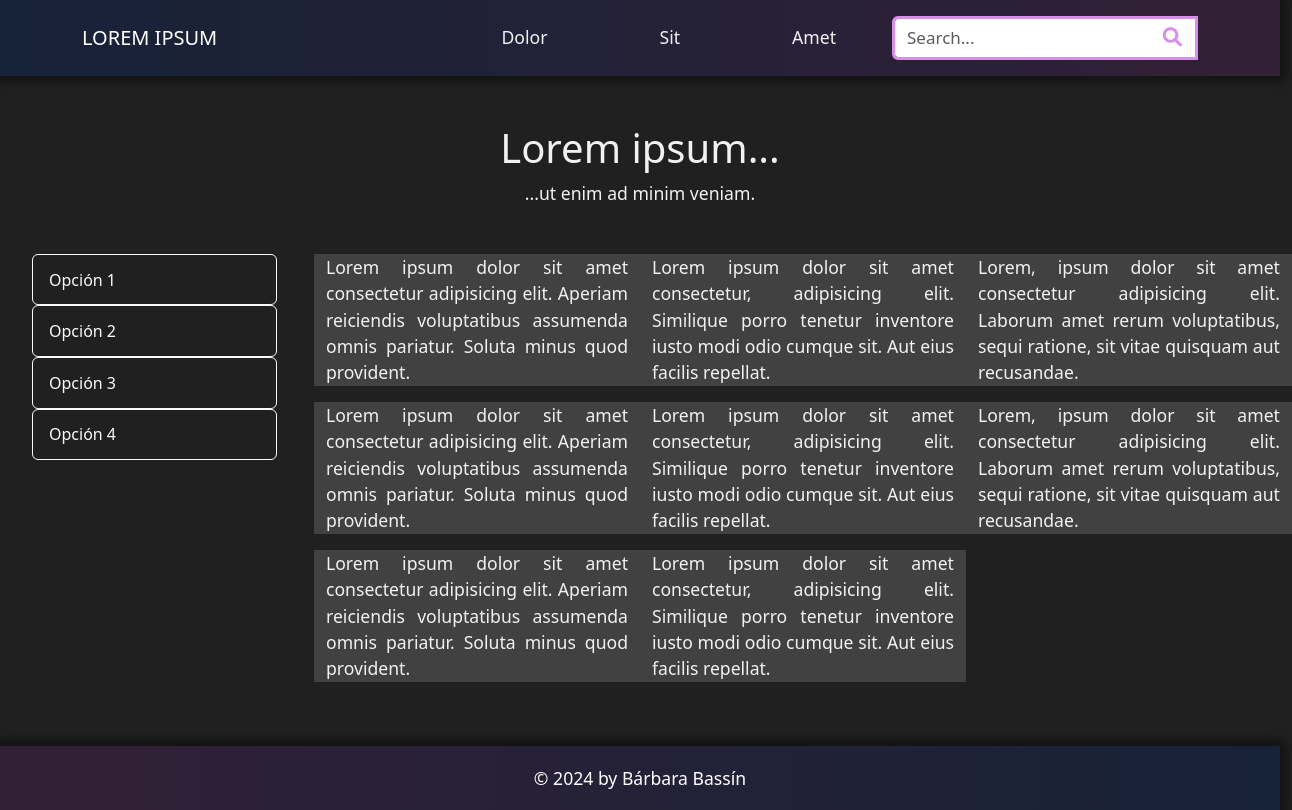
Repository: romancegirl/responsiveness
Page: index.html
These files come from the project's save history. The page is drawn as it stood at one moment and after the next save; the edit follows.
The browser window is 1280 px wide. The page is 1292 px wide, then 1280 px, so the pictures cover 1292 px, including what lies to the right of the window. The pictures show the whole page.

Above is the page before, as saved 2024-11-29 21:33:32.

### index.html
<!DOCTYPE html>
<html lang="en">

<head>
    <meta charset="UTF-8">
    <meta name="viewport" content="width=device-width, initial-scale=1.0">
    <title>Responsiveness - Bárbara Bassín</title>
    <link href="https://cdn.jsdelivr.net/npm/bootstrap@5.3.0/dist/css/bootstrap.min.css" rel="stylesheet">
    <link rel="stylesheet" href="https://cdnjs.cloudflare.com/ajax/libs/font-awesome/6.0.0-beta3/css/all.min.css">
    <link rel="stylesheet" href="css/header-and-footer.css">
    <link rel="stylesheet" href="css/styles.css">
</head>

<body>
    <!-- Header -->
    <header class="py-2">
        <div class="container d-flex align-items-center justify-content-between" id="profile">
            <h5 class="m-0">LOREM IPSUM</h5>
            <nav class="navbar navbar-expand-lg">
                <button class="navbar-toggler" type="button" data-bs-toggle="collapse" data-bs-target="#navbarNav"
                    aria-controls="navbarNav" aria-expanded="false" aria-label="Toggle navigation">
                    <i class="fas fa-bars"></i>
                </button>
                <div class="collapse navbar-collapse" id="navbarNav">
                    <ul class="navbar-nav">
                        <li class="nav-item"><a class="nav-link">Dolor</a></li>
                        <li class="nav-item"><a class="nav-link">Sit</a></li>
                        <li class="nav-item"><a class="nav-link">Amet</a></li>
                        <li class="nav-item dropdown d-lg-none">
                            <a class="nav-link dropdown-toggle" href="#" id="dropdownMenuButton" role="button"
                                data-bs-toggle="dropdown" aria-expanded="false">
                                Opciones
                            </a>
                            <ul class="dropdown-menu" aria-labelledby="dropdownMenuButton">
                                <li><button type="button" class="dropdown-item">Opción 1</button></li>
                                <li><button type="button" class="dropdown-item">Opción 2</button></li>
                                <li><button type="button" class="dropdown-item">Opción 3</button></li>
                                <li><button type="button" class="dropdown-item">Opción 4</button></li>
                            </ul>
                        </li>
                        <li>
                            <div class="search-container">
                                <form action="/action_page.php">
                                    <div class="input-group">
                                        <input type="text" class="form-control" placeholder="Search..." name="search">
                                        <button type="submit" class="btn">
                                            <i class="fa fa-search"></i>
                                        </button>
                                    </div>
                                </form>
                            </div>
                        </li>
                    </ul>
                </div>
            </nav>
        </div>
    </header>



    <!-- Main -->
    <main class="containerMain my-5">
        <div>
            <h1>Lorem ipsum...</h1>
            <div id="textCarousel" class="carousel slide" data-bs-ride="carousel" data-bs-interval="2000">
                <div class="carousel-inner">
                    <div class="carousel-item active">
                        <p>...olor sit amet, consectetur adipiscing elit...</p>
                    </div>
                    <div class="carousel-item">
                        <p>...sed do eiusmod tempor incididunt ut labore...</p>
                    </div>
                    <div class="carousel-item">
                        <p>...ut enim ad minim veniam.</p>
                    </div>
                </div>
            </div>
        </div>


        <div class="containerMain inside">
            <div class="row">
                <div class="col-lg-3 d-none d-lg-block" id="options">
                    <ul>
                        <li><button type="button" class="btn btn-outline-light">Opción 1</button></li>
                        <li><button type="button" class="btn btn-outline-light">Opción 2</button></li>
                        <li><button type="button" class="btn btn-outline-light">Opción 3</button></li>
                        <li><button type="button" class="btn btn-outline-light">Opción 4</button></li>
                    </ul>
                </div>
                <div class="col-lg-9 col-md-12" id="paragraphs">
                    <div class="row">
                        <div class="col-6 col-md-4 paragraph">Lorem ipsum dolor sit amet consectetur adipisicing elit.
                            Aperiam reiciendis voluptatibus assumenda omnis pariatur. Soluta minus quod provident.
                        </div>
                        <div class="col-6 col-md-4 paragraph">Lorem ipsum dolor sit amet consectetur, adipisicing elit.
                            Similique porro
                            tenetur inventore iusto modi odio cumque sit. Aut eius facilis repellat.</div>
                        <div class="col-6 col-md-4 paragraph">Lorem, ipsum dolor sit amet consectetur adipisicing elit.
                            Laborum
                            amet rerum
                            voluptatibus, sequi ratione, sit vitae quisquam aut recusandae.</div>
                        <div class="col-6 col-md-4 paragraph">Lorem ipsum dolor sit amet consectetur adipisicing elit.
                            Aperiam
                            reiciendis
                            voluptatibus assumenda omnis pariatur. Soluta minus quod provident.</div>
                        <div class="col-6 col-md-4 paragraph">Lorem ipsum dolor sit amet consectetur, adipisicing elit.
                            Similique porro
                            tenetur inventore iusto modi odio cumque sit. Aut eius facilis repellat.</div>
                        <div class="col-6 col-md-4 paragraph">Lorem, ipsum dolor sit amet consectetur adipisicing elit.
                            Laborum
                            amet rerum
                            voluptatibus, sequi ratione, sit vitae quisquam aut recusandae.</div>
                        <div class="col-6 col-md-4 paragraph">Lorem ipsum dolor sit amet consectetur adipisicing elit.
                            Aperiam
                            reiciendis
                            voluptatibus assumenda omnis pariatur. Soluta minus quod provident.</div>
                        <div class="col-6 col-md-4 paragraph">Lorem ipsum dolor sit amet consectetur, adipisicing elit.
                            Similique porro
                            tenetur inventore iusto modi odio cumque sit. Aut eius facilis repellat.</div>
                    </div>
                </div>
            </div>
        </div>
    </main>

    <!-- Footer -->
    <footer class="bg-dark text-center py-2">
        <div>&copy; 2024 by Bárbara Bassín</div>
    </footer>
    <script src="js/script.js"></script>
    <script src="https://cdn.jsdelivr.net/npm/bootstrap@5.3.0/dist/js/bootstrap.bundle.min.js"></script>
</body>

</html>

### css/header-and-footer.css
header {
    background: linear-gradient(to right, #162238, #322036);
    color: #fff;
    position: relative;
    box-shadow: 0 0 10px 5px rgba(0, 0, 0, 0.5);
}

main {
    min-height: 70vh;
    padding-bottom: 1rem;
    box-sizing: border-box;
}

a.nav-link {
    color: #f1f1f1;
}

a.nav-link:hover {
    color: #f6c7de;
    transition: color 0.3s, text-shadow 0.3s;
    transform: scale(1.05);
}

.search-container {
    display: flex;
    justify-content: center;
    align-items: center;
    position: relative;
}

.input-group .form-control {
    padding-right: 2.5rem;
    font-size: 17px;
    border: 0.2rem solid #d98fe9;
}

.input-group .btn {
    position: absolute;
    right: 1rem;
    top: 50%;
    transform: translateY(-50%);
    background-color: transparent;
    border: none;
    padding: 0;
    cursor: pointer;
}

.input-group .btn .fa-search {
    color: #d98fe9;
    font-size: 1.2rem;
}

.navbar-nav .nav-item {
    margin: 0 3rem 0 3rem;
}


/* navbar-toggle */

.navbar-toggler {
    border-color: #fff;
}

.navbar-toggler .fas {
    color: #fff;
    /* Cambia el color del ícono */
}

.navbar-collapse {
    justify-content: flex-end;
}

.navbar-toggler:hover {
    cursor: pointer;
}

.navbar-toggler:focus {
    outline: none;
    box-shadow: none;
}

@media (max-width: 995px) {

    .navbar-collapse {
        display: none;
        position: absolute;
        top: 119%;
        left: -190px;
        width: 100%;
        z-index: 999;
        flex-direction: column-reverse;
        align-items: center;
    }

    .navbar-collapse.show {
        display: flex;
    }

    .navbar {
        width: 60%;
    }

    .navbar-nav {
        background: linear-gradient(to right, #162238fd, #322036fd);
        color: #fff;
        padding: 1.5rem;
        border-radius: 0 0 50px 50px;
        font-weight: bold;
        text-align: center;
        box-shadow: 0 0 10px 5px rgba(0, 0, 0, 0.5);

    }

    .navbar-nav:hover {
        cursor: pointer;

    }

    a.nav-link:hover {
        color: #f6c7de;
        transition: color 0.3s, text-shadow 0.3s;
        transform: scale(1.05);
    }

    .navbar-nav .nav-item {
        margin: 10px 0;
    }

    .navbar a {
        float: none;
        display: block;
        text-align: center;
        width: 100%;
        margin: 0;
        padding: 0.5rem;
    }

    .navbar .search-container {
        float: none;
    }

    .navbar .search-container button {
        align-items: right;
    }

    .navbar input[type=text] {
        border-radius: 0.2rem;
        border: 0.2rem solid #d98fe9;
    }

}


@media (max-width: 768px) {

    .navbar-collapse {
        display: none;
        position: absolute;
        top: 119%;
        left: -140px;
        width: 100%;
        z-index: 999;
        flex-direction: column-reverse;
        align-items: center;
    }


}


footer {
    background: linear-gradient(to right, #322036, #162238);
    color: #fff;
    bottom: 0;
    min-height: 4rem;
    display: flex;
    justify-content: center;
    align-items: center;
    box-shadow: 0 0 10px 5px rgba(0, 0, 0, 0.5);
}

### css/styles.css
body {
    background-color: #202020;
    color: #f1f1f1;
    font-size: 110%;
}


.containerMain {
    padding: 0;
    margin: 0;
}

h1 {
    text-align: center;
}


h5 {
    margin: 0;
}

/* General */

#textCarousel {
    width: 40rem;
    margin: auto;
}

p {
    text-align: center;
}

.row {
    text-align: justify;
}

.paragraph {
margin-bottom: 1rem;
background-color: #414141;
}

.inside {
    margin-top: 2rem;
}

.btn-outline-light {
    padding: 0.8rem 10rem 0.8rem 1rem;
}

li {
    list-style: none;
}



/* Responsiveness */


@media screen and (max-width: 1400px) {

    .title-large,
    .title-x-small {
        display: none;
    }

    .title-small {
        display: block;
    }
}

@media screen and (max-width: 768px) {


    #textCarousel {
        max-width: 90%; /* Usa un tamaño relativo en lugar de fijo */
    }
}

### js/script.js
document.addEventListener('click', function(event) {
    var navbar = document.querySelector('.navbar-collapse');
    var toggler = document.querySelector('.navbar-toggler');

    // Si el menú está abierto y se hace clic fuera de él, lo cierra
    if (navbar.classList.contains('show') && !navbar.contains(event.target) && !toggler.contains(event.target)) {
        var bsCollapse = new bootstrap.Collapse(navbar, {
            toggle: false
        });
        bsCollapse.hide();
    }
});

After the next save:
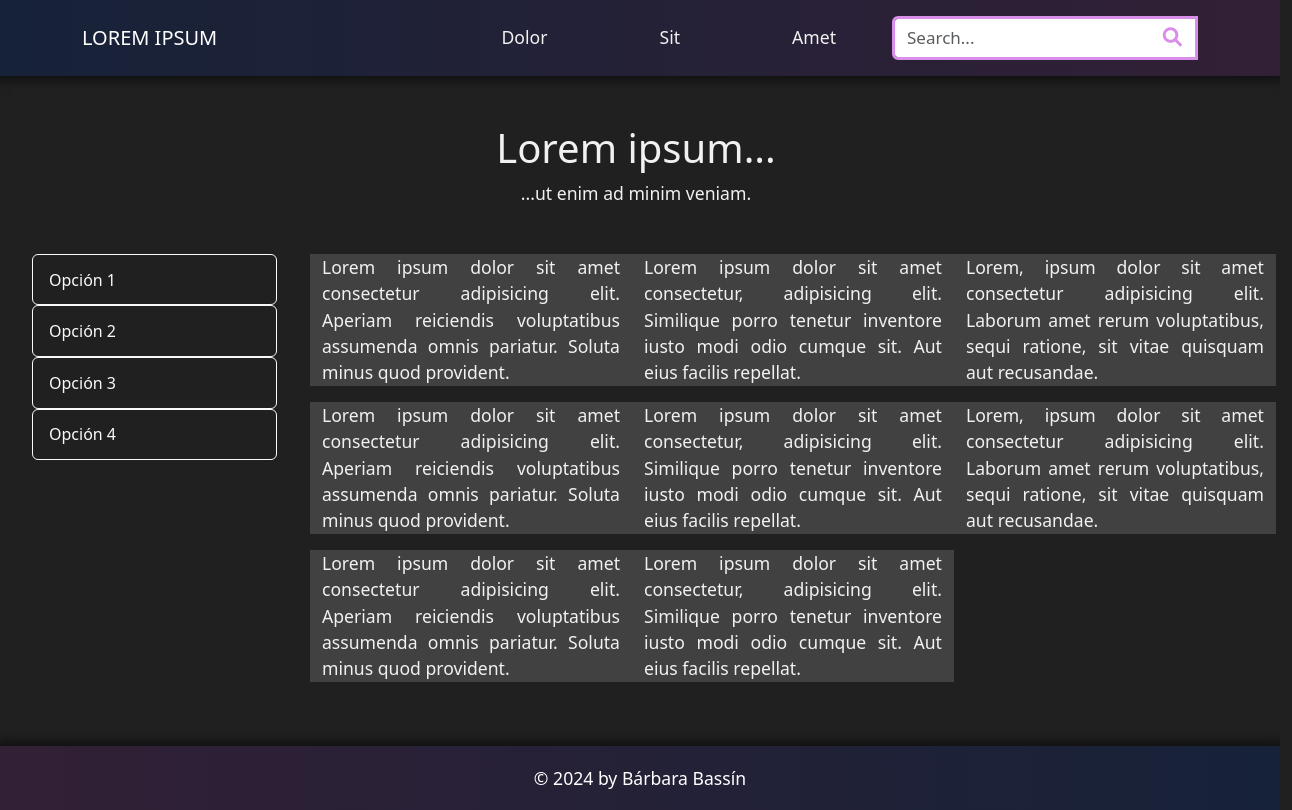
Saved 27 s later.
--- a/css/styles.css
+++ b/css/styles.css
@@ -7,7 +7,7 @@ body {
 
 .containerMain {
     padding: 0;
-    margin: 0;
+    margin: 0 0.5rem 0 0;
 }
 
 h1 {
